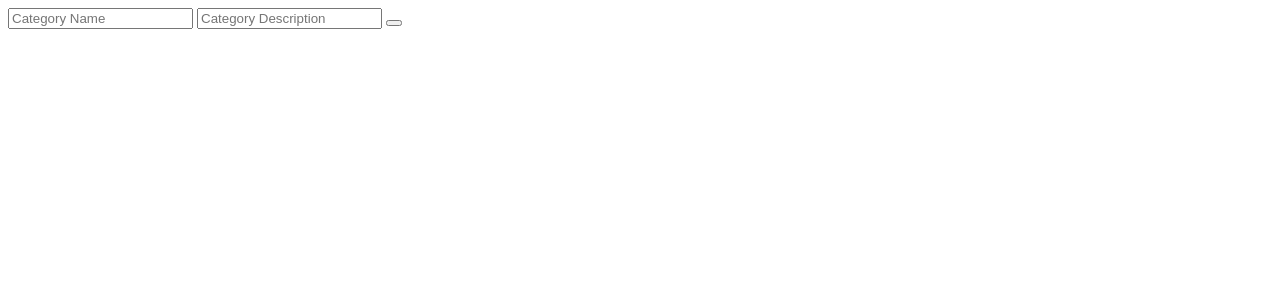
Repository: developerks611/loanweb
Page: http://localhost/loan-web/addcategory.jsp
The author's editor kept a copy of each file at every save. The page is drawn from the files as they stood at one save, then again after the next save.
The browser window is 1280 px wide. The pictures show the whole page.
The page is served by Tomcat 9.

Above is the page before, as saved 2023-03-08 06:21:33.

After the next save:
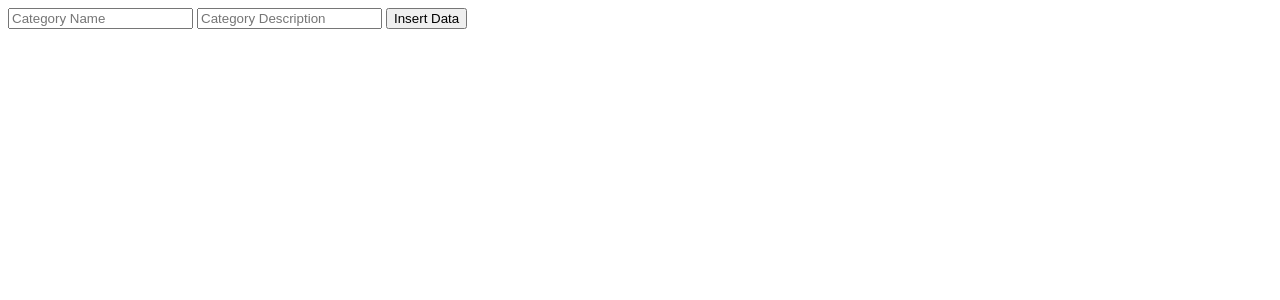
Saved 9 s later.
--- a/loan-web/src/main/webapp/addcategory.jsp
+++ b/loan-web/src/main/webapp/addcategory.jsp
@@ -10,7 +10,7 @@
 <form action="insertcategory" method="post">
 <input type="text" placeholder="Category Name" name="cname">
 <input type="text" placeholder="Category Description" name="cd">
-<button type="submit"></button>
+<button type="submit">Insert Data</button>
 </form>
 </body>
 </html>
